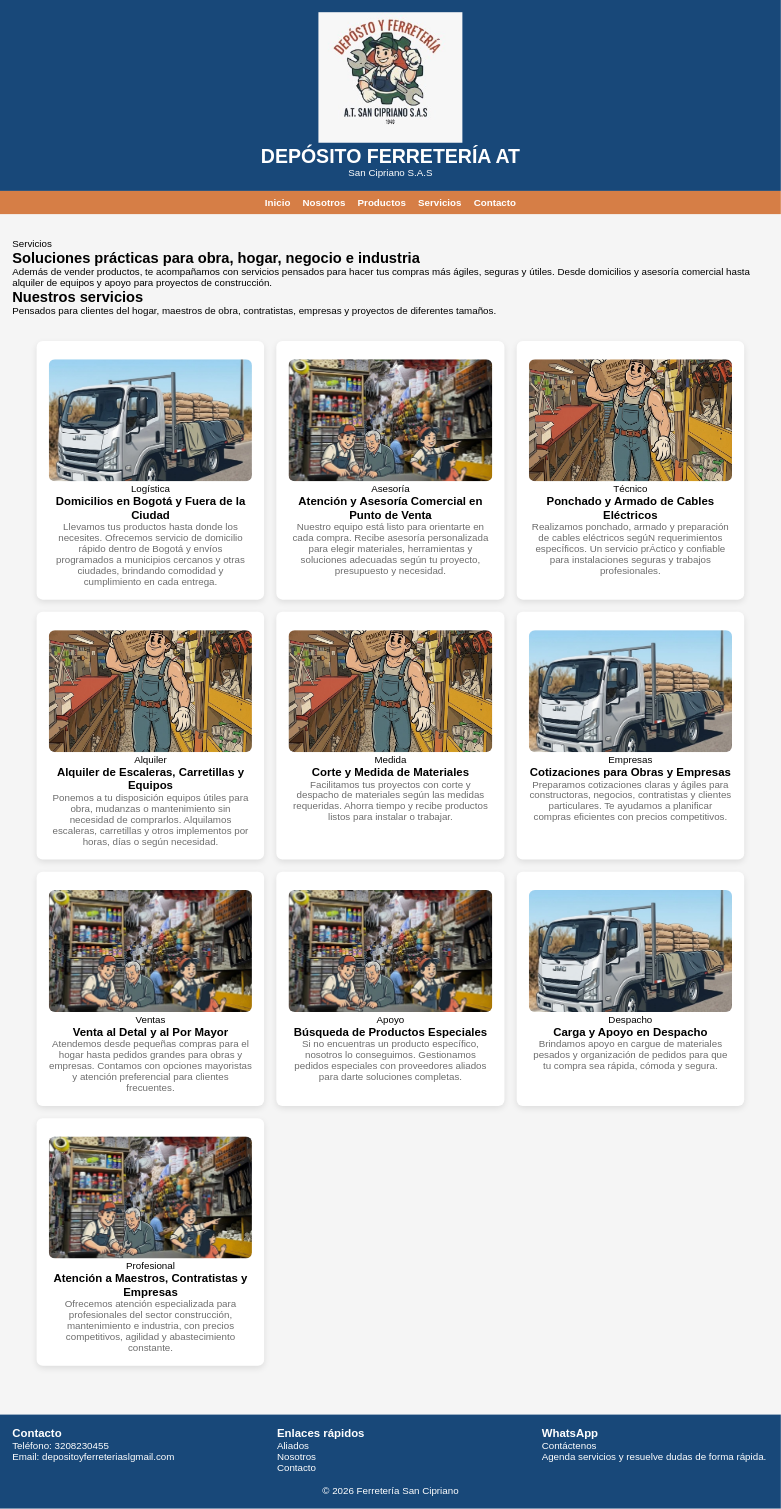
Repository: Sevanjo/ferreteria-web
Page: HTML/servicios.html
These files come from the project's save history. The page is drawn as it stood at one moment and after the next save; the edit follows.
The browser window is 1280 px wide. The pictures show the whole page, at 61% of full size.

Above is the page before, as saved 2026-05-01 18:30:52.

After the next save:
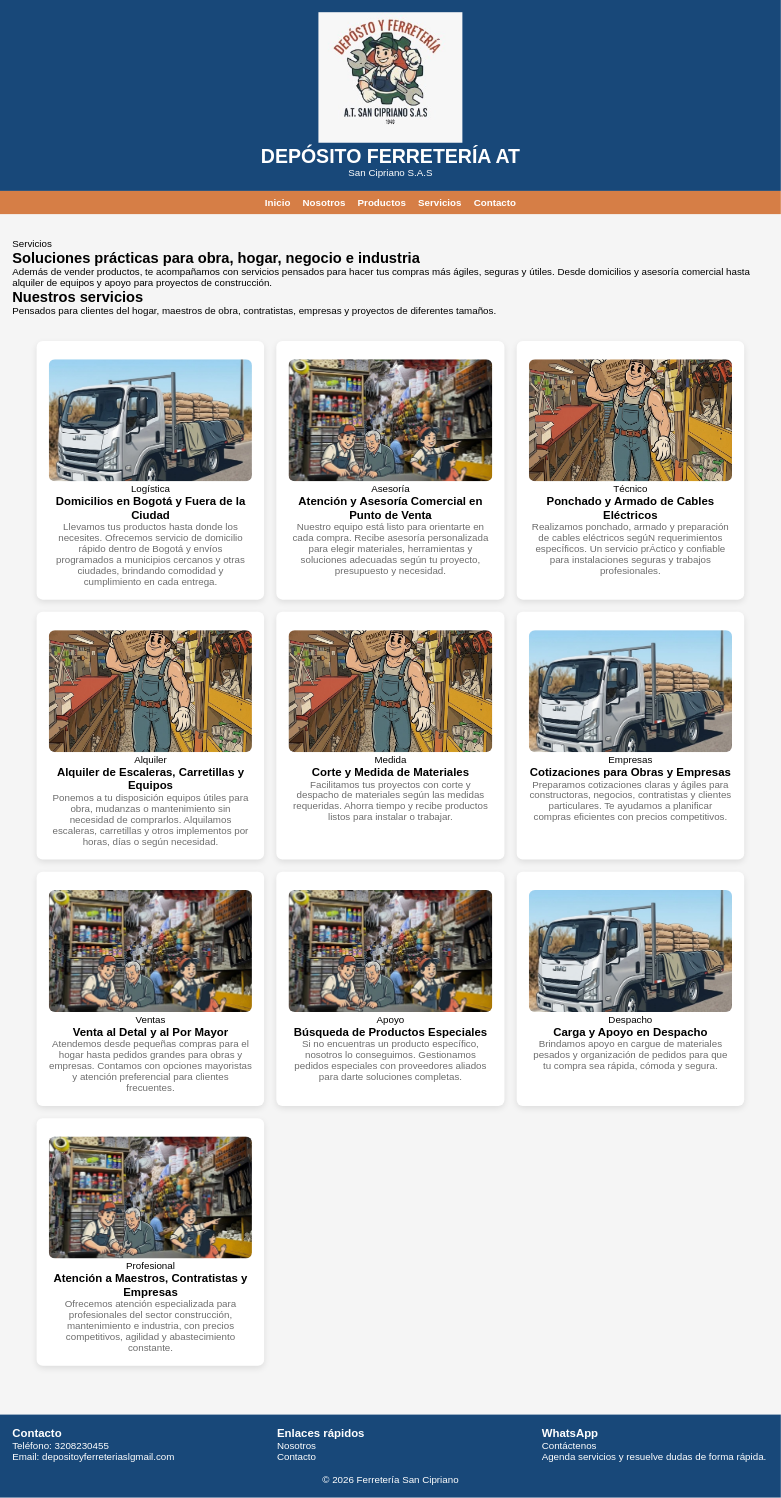
Saved 1 s later.
--- a/HTML/servicios.html
+++ b/HTML/servicios.html
@@ -4,7 +4,7 @@
         <meta charset="UTF-8">
         <meta name="viewport" content="width=device-width, initial-scale=1.0">
         <meta name="description" content="Servicios de Ferretería San Cipriano: domicilios, asesoría comercial, alquiler de equipos, corte de materiales y atención especializada.">
-        <link rel="stylesheet" href="/CSS/servicios.css">
+        <link rel="stylesheet" href="../CSS/servicios.css">
         <title>Servicios - Ferretería San Cipriano</title>
     </head>
     <body>
@@ -22,11 +22,11 @@
 
         <nav>
             <ul>
-                <li><a href="/index.html">Inicio</a></li>
-                <li><a href="/HTML/nosotros.html">Nosotros</a></li>
-                <li><a href="/HTML/productos.html">Productos</a></li>
-                <li><a href="/HTML/servicios.html">Servicios</a></li>
-                <li><a href="/HTML/contacto.html">Contacto</a></li>
+                <li><a href="../index.html">Inicio</a></li>
+                <li><a href="../HTML/nosotros.html">Nosotros</a></li>
+                <li><a href="../HTML/productos.html">Productos</a></li>
+                <li><a href="../HTML/servicios.html">Servicios</a></li>
+                <li><a href="../HTML/contacto.html">Contacto</a></li>
             </ul>
         </nav>
 
@@ -52,7 +52,7 @@
 
             <section id="servicios">
                 <article class="service-card">
-                    <img src="/IMAGENES/Servicios/bbdc2dd5-c8cb-4491-89f8-40bb6b00e1e1.jpg" alt="Servicio de domicilios y entregas">
+                    <img src="../IMAGENES/Servicios/bbdc2dd5-c8cb-4491-89f8-40bb6b00e1e1.jpg" alt="Servicio de domicilios y entregas">
                     <div class="service-content">
                         <span class="service-tag">Logística</span>
                         <h3>Domicilios en Bogotá y Fuera de la Ciudad</h3>
@@ -61,7 +61,7 @@
                 </article>
 
                 <article class="service-card">
-                    <img src="/IMAGENES/Servicios/24f55ce1-4ea2-4954-828c-b56a5e8046bf.jpg" alt="Atención y asesoría comercial">
+                    <img src="../IMAGENES/Servicios/24f55ce1-4ea2-4954-828c-b56a5e8046bf.jpg" alt="Atención y asesoría comercial">
                     <div class="service-content">
                         <span class="service-tag">Asesoría</span>
                         <h3>Atención y Asesoría Comercial en Punto de Venta</h3>
@@ -70,7 +70,7 @@
                 </article>
 
                 <article class="service-card">
-                    <img src="/IMAGENES/Servicios/1c05482b-b0a7-40a3-a0d4-926543433da4.jpg" alt="Preparación de cables eléctricos">
+                    <img src="../IMAGENES/Servicios/1c05482b-b0a7-40a3-a0d4-926543433da4.jpg" alt="Preparación de cables eléctricos">
                     <div class="service-content">
                         <span class="service-tag">Técnico</span>
                         <h3>Ponchado y Armado de Cables Eléctricos</h3>
@@ -79,7 +79,7 @@
                 </article>
 
                 <article class="service-card">
-                    <img src="/IMAGENES/Servicios/1c05482b-b0a7-40a3-a0d4-926543433da4.jpg" alt="Alquiler de escaleras, carretillas y equipos">
+                    <img src="../IMAGENES/Servicios/1c05482b-b0a7-40a3-a0d4-926543433da4.jpg" alt="Alquiler de escaleras, carretillas y equipos">
                     <div class="service-content">
                         <span class="service-tag">Alquiler</span>
                         <h3>Alquiler de Escaleras, Carretillas y Equipos</h3>
@@ -88,7 +88,7 @@
                 </article>
 
                 <article class="service-card">
-                    <img src="/IMAGENES/Servicios/1c05482b-b0a7-40a3-a0d4-926543433da4.jpg" alt="Corte y medida de materiales">
+                    <img src="../IMAGENES/Servicios/1c05482b-b0a7-40a3-a0d4-926543433da4.jpg" alt="Corte y medida de materiales">
                     <div class="service-content">
                         <span class="service-tag">Medida</span>
                         <h3>Corte y Medida de Materiales</h3>
@@ -97,7 +97,7 @@
                 </article>
 
                 <article class="service-card">
-                    <img src="/IMAGENES/Servicios/bbdc2dd5-c8cb-4491-89f8-40bb6b00e1e1.jpg" alt="Cotizaciones para obras y empresas">
+                    <img src="../IMAGENES/Servicios/bbdc2dd5-c8cb-4491-89f8-40bb6b00e1e1.jpg" alt="Cotizaciones para obras y empresas">
                     <div class="service-content">
                         <span class="service-tag">Empresas</span>
                         <h3>Cotizaciones para Obras y Empresas</h3>
@@ -106,7 +106,7 @@
                 </article>
 
                 <article class="service-card">
-                    <img src="/IMAGENES/Servicios/24f55ce1-4ea2-4954-828c-b56a5e8046bf.jpg" alt="Venta al detal y al por mayor">
+                    <img src="../IMAGENES/Servicios/24f55ce1-4ea2-4954-828c-b56a5e8046bf.jpg" alt="Venta al detal y al por mayor">
                     <div class="service-content">
                         <span class="service-tag">Ventas</span>
                         <h3>Venta al Detal y al Por Mayor</h3>
@@ -115,7 +115,7 @@
                 </article>
 
                 <article class="service-card">
-                    <img src="/IMAGENES/Servicios/24f55ce1-4ea2-4954-828c-b56a5e8046bf.jpg" alt="Búsqueda de productos especiales">
+                    <img src="../IMAGENES/Servicios/24f55ce1-4ea2-4954-828c-b56a5e8046bf.jpg" alt="Búsqueda de productos especiales">
                     <div class="service-content">
                         <span class="service-tag">Apoyo</span>
                         <h3>Búsqueda de Productos Especiales</h3>
@@ -124,7 +124,7 @@
                 </article>
 
                 <article class="service-card">
-                    <img src="/IMAGENES/Servicios/bbdc2dd5-c8cb-4491-89f8-40bb6b00e1e1.jpg" alt="Carga y apoyo en despacho">
+                    <img src="../IMAGENES/Servicios/bbdc2dd5-c8cb-4491-89f8-40bb6b00e1e1.jpg" alt="Carga y apoyo en despacho">
                     <div class="service-content">
                         <span class="service-tag">Despacho</span>
                         <h3>Carga y Apoyo en Despacho</h3>
@@ -133,7 +133,7 @@
                 </article>
 
                 <article class="service-card">
-                    <img src="/IMAGENES/Servicios/24f55ce1-4ea2-4954-828c-b56a5e8046bf.jpg" alt="Atención para maestros, contratistas y empresas">
+                    <img src="../IMAGENES/Servicios/24f55ce1-4ea2-4954-828c-b56a5e8046bf.jpg" alt="Atención para maestros, contratistas y empresas">
                     <div class="service-content">
                         <span class="service-tag">Profesional</span>
                         <h3>Atención a Maestros, Contratistas y Empresas</h3>
@@ -153,9 +153,8 @@
             <section class="footer-info">
                 <h3>Enlaces rápidos</h3>
                 <ul>
-                    <li><a href="/aliados/">Aliados</a></li>
-                    <li><a href="/HTML/nosotros.html">Nosotros</a></li>
-                    <li><a href="/HTML/contacto.html">Contacto</a></li>
+                    <li><a href="../HTML/nosotros.html">Nosotros</a></li>
+                    <li><a href="../HTML/contacto.html">Contacto</a></li>
                 </ul>
             </section>
 
